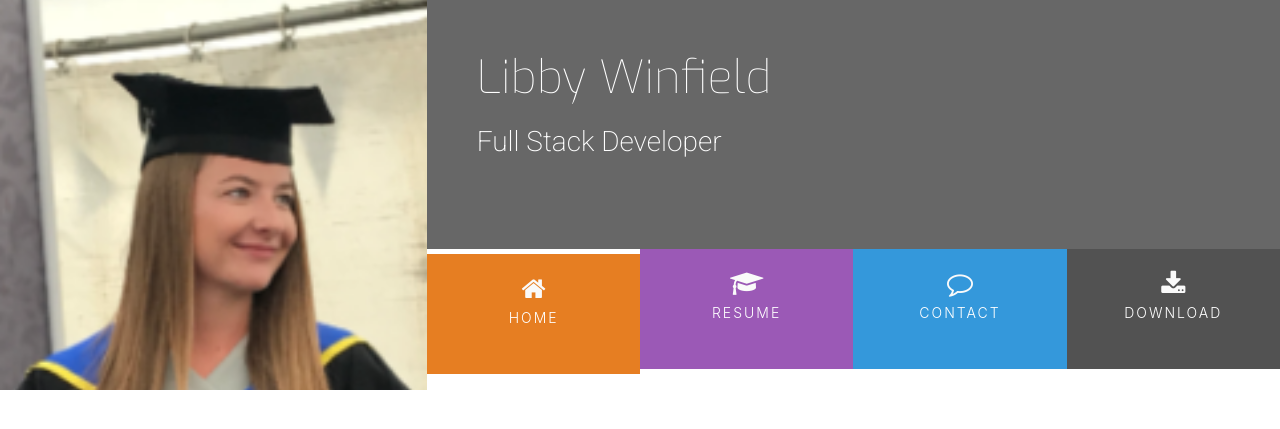
Repository: LibbyWin/CV
Page: index.html
The author's editor kept a record of every edit. The page is drawn from the files as they stood at one moment, then again after the next edit.
The browser window is 1280 px wide. The pictures show the whole page.

Above is the page before.

After the next edit:
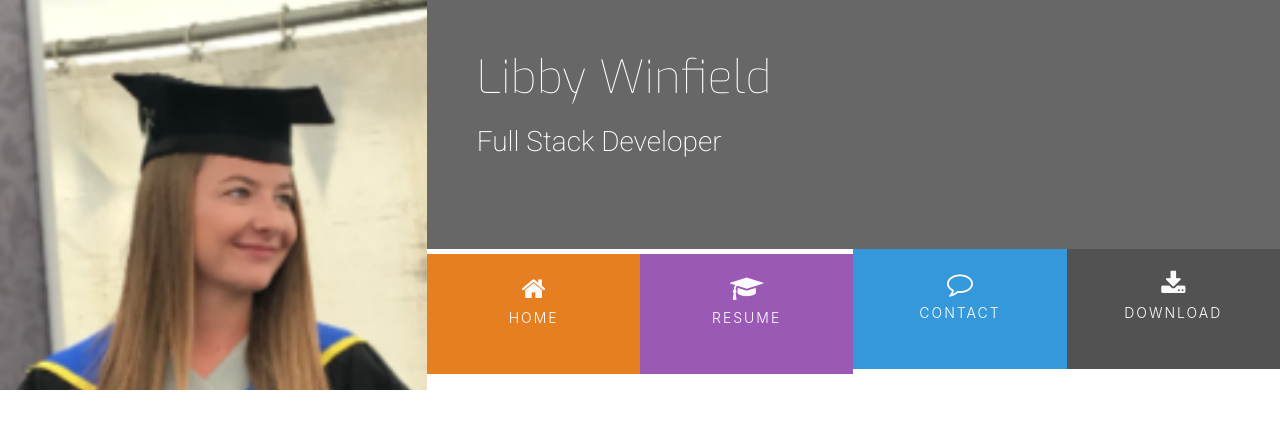
The edit:
--- a/index.html
+++ b/index.html
@@ -34,7 +34,7 @@
                                 <a href="#" class="hvr-sweep-to-bottom"><i class="fa fa-home" aria-hidden_"true"></i><span>Home</span></a>
                             </li>
                             <li class="col-6 col-sm-3 ui-menu-color-resume list-inline-item menuitem">
-                                <a href="#"><i class="fa fa-graduation-cap" aria-hidden="true"></i><span>Resume</span></a>
+                                <a href="#" class="hvr-sweep-to-bottom"><i class="fa fa-graduation-cap" aria-hidden="true"></i><span>Resume</span></a>
                             </li>
                             <li class="col-6 col-sm-3 ui-menu-color-contact list-inline-item menuitem">
                                 <a href="#"><i class="fa fa-comment-o" aria-hidden="true"></i><span>Contact</span></a>
